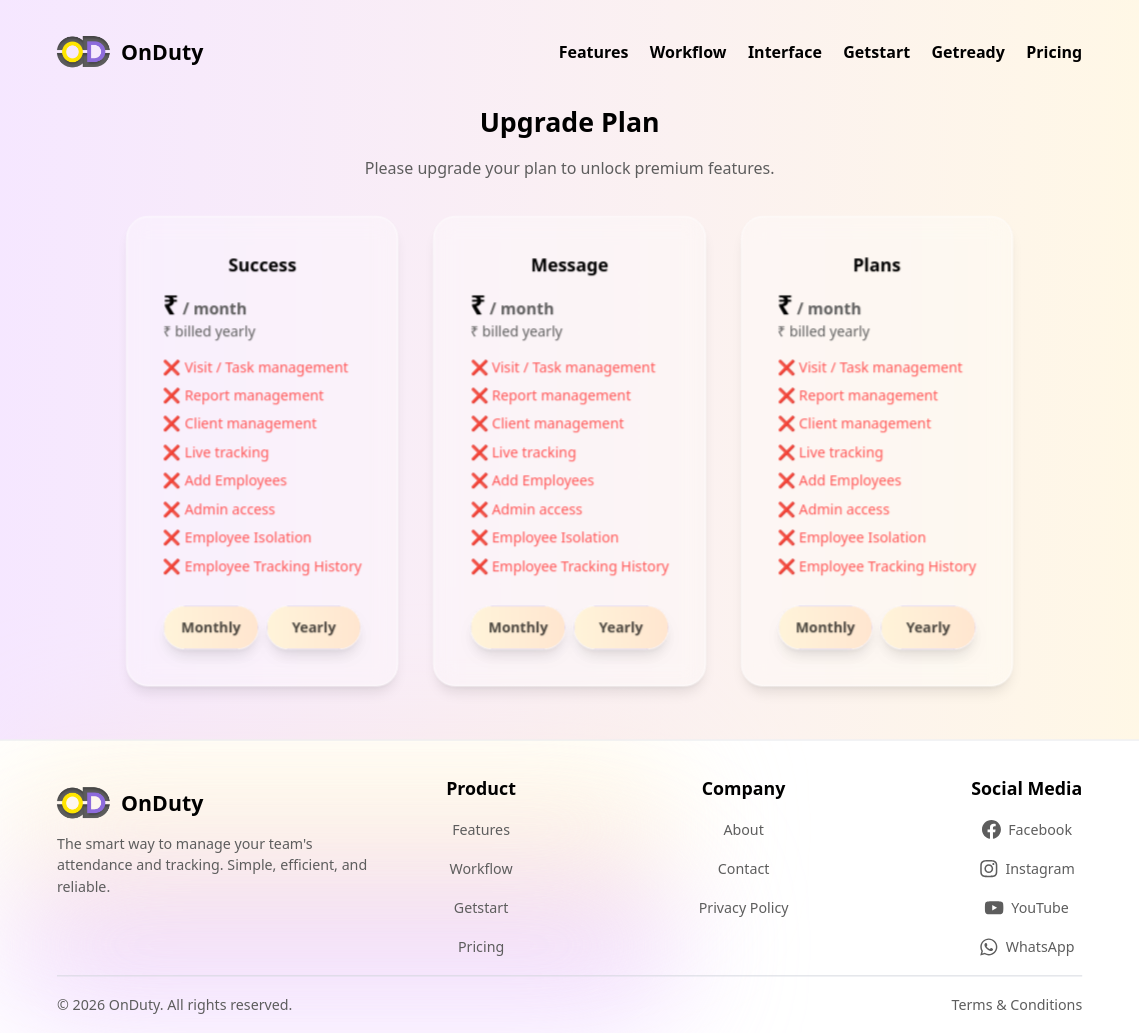
Repository: shekharzorin/ONDUTY-V1
Page: /pricing
These files come from the project's save history. The page is drawn as it stood at one moment and after the next save; the edit follows.
The browser window is 1280 px wide. The pictures show the whole page, at 89% of full size.
The page's requests for data from a server got no answer. The project was rebuilt for these pictures with package versions that can differ from the ones it lists, and the page was loaded fresh each time. The framework's server and built-in components were replaced by stand-ins that run in the browser. No one was signed in, and anything a server would have sent is missing. Also part of the build but not shown: next.config.mjs, vite.config.js, app/components/ui/Crossicon.tsx.

Above is the page before, as saved 2026-01-17 18:52:07.

### app/layout.tsx
import type { Metadata } from "next";
import { Geist, Geist_Mono } from "next/font/google";
import "./globals.css";
import Navbar from "./components/header/Navbar";

const geistSans = Geist({
  variable: "--font-geist-sans",
  subsets: ["latin"],
});

const geistMono = Geist_Mono({
  variable: "--font-geist-mono",
  subsets: ["latin"],
});

export const metadata: Metadata = {
  title: "Create Next App",
  description: "Generated by create next app",
};

export default function RootLayout({
  children,
}: Readonly<{
  children: React.ReactNode;
}>) {
  return (
    <html lang="en">
      <body
        className={`${geistSans.variable} ${geistMono.variable} antialiased`}
      >
        <Navbar />
        {children}
      </body>
    </html>
  );
}

### app/pricing/page.tsx
import Footer from "../components/footer/footer";
import Pricing from "../components/sections/pricing";

const page = () => {
  return (
    <div className="flex flex-col items-center justify-center">
      <Pricing />
      <Footer />
    </div>
  );
};

export default page;

### app/globals.css
@import "tailwindcss";

:root {
  --color-primary: #8d6bdc;
  --color-secondary: #e0d4ff;
  --color-bg: #efefef;
  --color-sidebar: #ffffff;
  --color-gray: #5d5d5d;
}

html {
  scroll-behavior: smooth;
}




.flip-card {
  perspective: 1000px;
}

.flip-card-inner {
  transform-style: preserve-3d;
}

.flip-card-front,
.flip-card-back {
  position: absolute;
  width:auto;
  height:auto;
  backface-visibility: hidden;
}

.flip-card-back {
  transform: rotateY(180deg);
}

### app/components/footer/footer.tsx
import Image from "next/image";
import Logo from "@/public/images/od_logo.png";
import Link from "next/link";
import { FaFacebook, FaInstagram, FaWhatsapp, FaYoutube } from "react-icons/fa";
import { ReactNode } from "react";

type FooterLink = {
  label: string;
  href: string;
  external?: boolean;
  icon?: ReactNode;
};

type FooterSection = {
  title: string;
  links: FooterLink[];
};

const footerLinks: FooterSection[] = [
  {
    title: "Product",
    links: [
      { label: "Features", href: "/#features" },
      { label: "Workflow", href: "/#workflow" },
      { label: "Getstart", href: "/#getstart" },
      { label: "Pricing", href: "/pricing/" },
    ],
  },
  {
    title: "Company",
    links: [
      { label: "About", href: "/about" },
      { label: "Contact", href: "/contact" },
      { label: "Privacy Policy", href: "/privacy&policy" },
    ],
  },
  {
    title: "Social Media",
    links: [
      {
        label: "Facebook",
        href: "https://www.facebook.com",
        external: true,
        icon: <FaFacebook size={22} />,
      },
      {
        label: "Instagram",
        href: "https://www.instagram.com",
        external: true,
        icon: <FaInstagram size={22} />,
      },
      {
        label: "YouTube",
        href: "https://www.youtube.com",
        external: true,
        icon: <FaYoutube size={22} />,
      },
      {
        label: "WhatsApp",
        href: "https://www.whatsapp.com",
        external: true,
        icon: <FaWhatsapp size={22} />,
      },
    ],
  },
];

const Footer = () => {
  return (
    <section
      id="footer"
      className="relative px-4 sm:px-6 md:px-8 lg:px-12 xl:px-16 2xl:px-24 max-w-384 w-full border-t border-gray-200"
    >
      {/* Background flare */}
      <div className="absolute top-0 left-1/2 -translate-x-1/2 w-full h-full max-w-7xl pointer-events-none -z-10">
        <div className="absolute bottom-0 w-[60%] h-[60%] bg-[#eccfff] rounded-full blur-3xl opacity-60 mix-blend-multiply filter" />
        <div className="absolute top-0 w-[60%] h-[60%] bg-[#fff4da] rounded-full blur-3xl opacity-60 mix-blend-multiply filter" />
      </div>

      <div className="flex flex-col pt-3 lg:pt-10 lg:flex-row lg:justify-between gap-5 lg:gap-20">
        <div className="flex flex-col gap-1 w-full lg:w-[50%]">
          <div className="flex gap-2 lg:gap-3 items-center">
            <Image
              src={Logo}
              alt="Onduty Logo"
              height={60}
              width={60}
              className="flex h-10 w-10 md:h-12 md:w-12 lg:h-15 lg:w-15"
            />
            <h1 className="text-2xl lg:text-2xl font-bold">OnDuty</h1>
          </div>
          <p className="text-(--color-gray)">
            The smart way to manage your team's attendance and tracking. Simple,
            efficient, and reliable.
          </p>
        </div>

        <div className="flex flex-wrap text-(--color-gray) justify-between w-full gap-5 lg:px-0 text-center">
          {footerLinks.map((section) => (
            <div key={section.title} className="flex flex-col gap-5">
              <p className="text-black text-lg lg:text-xl font-semibold">
                {section.title}
              </p>

              {section.links.map((link) => (
                <Link
                  key={link.label}
                  href={link.href}
                  target={link.external === true ? "_blank" : undefined}
                  rel={
                    link.external === true ? "noopener noreferrer" : undefined
                  }
                  className="hover:text-(--color-primary) transition"
                >
                  <p className="flex items-center gap-2 justify-center">
                    {link.icon}
                    {link.label}
                  </p>
                </Link>
              ))}
            </div>
          ))}
        </div>
      </div>

      <hr className="text-gray-300 mt-5" />
      <div className="text-(--color-gray) flex flex-col md:flex-row md:justify-between gap-5 my-5">
        <p>© 2026 OnDuty. All rights reserved.</p>
        <Link href="#">
          <p>Terms & Conditions</p>
        </Link>
      </div>
    </section>
  );
};

export default Footer;

### app/components/sections/pricing.tsx
"use client";

import { useEffect, useState } from "react";
import { getAllPlans } from "@/app/backend-api/api";
import { useRouter } from "next/navigation";
import Button from "@/app/components/ui/Button";
import { motion, Variants } from "framer-motion";
import PricingSkeleton from "@/app/components/ui/PricingSkeleton";

/* -------------------- CONSTANTS -------------------- */

const featureLabels: Record<string, string> = {
  visit: "Visit / Task management",
  report: "Report management",
  client: "Client management",
  liveLocation: "Live tracking",
  addEmployees: "Add Employees",
  adminViewAll: "Admin access",
  employeeIsolation: "Employee Isolation",
  employeeTrackingHistory: "Employee Tracking History",
};

const planPrices: Record<
  string,
  { monthly?: number; yearly?: number; label?: string }
> = {
  trial: { label: "Free" },
  silver: { monthly: 299, yearly: 2999 },
  gold: { monthly: 399, yearly: 3999 },
  diamond: { monthly: 499, yearly: 4999 },
};

/* -------------------- ANIMATION VARIANTS -------------------- */

const containerVariants: Variants = {
  hidden: {},
  show: {
    transition: {
      staggerChildren: 0.2,
    },
  },
};

const cardVariants: Variants = {
  hidden: {
    opacity: 0,
    y: 40,
    scale: 0.95,
  },
  show: {
    opacity: 1,
    y: 0,
    scale: 1,
    transition: {
      duration: 0.5,
      ease: [0.25, 0.46, 0.45, 0.94],
    },
  },
};

/* -------------------- COMPONENT -------------------- */

const Pricing = () => {
  const [plans, setPlans] = useState<Record<string, any>>({});
  const [loading, setLoading] = useState(true);
  const [buttonLoading, setButtonLoading] = useState<string | null>(null);
  const router = useRouter();

  /* -------------------- FETCH PLANS -------------------- */
  useEffect(() => {
    const fetchPlans = async () => {
      try {
        const data = await getAllPlans();
        setPlans(data);
        console.log("Fetched plans:", data);
      } catch (err) {
        console.error("Error fetching plans:", err);
      } finally {
        setLoading(false);
      }
    };

    fetchPlans();
  }, []);

  /* -------------------- HANDLERS -------------------- */

  const handleUpgrade = async (planName: string, type?: string) => {
    setButtonLoading(planName + (type ? `-${type}` : ""));
    try {
      alert("✅ Success! Please login again.");
      // router.push("/authentication/login");
    } catch (err: any) {
      alert("❌ Error: " + (err.message || "Failed to upgrade"));
    } finally {
      setButtonLoading(null);
    }
  };

  /* -------------------- RENDER -------------------- */

  return (
    <section className="flex flex-col w-full px-4 sm:px-6 md:px-8 lg:px-12 xl:px-16 2xl:px-24 max-w-384 mx-auto bg-linear-to-r from-[#eccfff]/50 to-[#fff0cd]/50 min-h-screen">
      {/* Header */}
      <div className="flex flex-col gap-10 mb-15">
        <div className="flex flex-col items-center justify-center mt-30 text-center gap-5">
          <p className="text-2xl lg:text-3xl font-bold leading-[1.15]">
            Upgrade Plan
          </p>
          <p className="md:text-lg text-(--color-gray)">
            Please upgrade your plan to unlock premium features.
          </p>
        </div>

        {/* Loading state */}
        {loading && <PricingSkeleton />}

        {/* Cards */}
        {!loading && Object.keys(plans).length > 0 && (
          <motion.div
            key={Object.keys(plans).length} // 🔑 forces animation after data load
            variants={containerVariants}
            initial="hidden"
            animate="show"
            className="flex items-center justify-center gap-5 md:gap-10 flex-wrap"
          >
            {Object.entries(plans).map(([planName, features]) => {
              const price = planPrices[planName];

              return (
                <motion.div
                  key={planName}
                  variants={cardVariants}
                  className="flex flex-col backdrop-blur-md border border-white bg-white/30 shadow-lg rounded-3xl w-full md:w-fit gap-3 p-10 hover:shadow-[#8d8d8d] hover:scale-110 transition duration-300"
                >
                  {/* Plan name */}
                  <p className="text-center font-bold text-xl">
                    {planName.charAt(0).toUpperCase() + planName.slice(1)}
                  </p>

                  {/* Price */}
                  <div className="flex flex-col">
                    {planName === "trial" ? (
                      <>
                        <p className="text-3xl font-bold text-green-600">
                          Free
                          <span className="text-lg text-(--color-gray)">
                            {" "}
                            / 7 days
                          </span>
                        </p>
                        <p className="text-(--color-gray)">₹0 upto 7 days</p>
                      </>
                    ) : (
                      <>
                        <p className="text-3xl font-bold">
                          ₹{price?.monthly}
                          <span className="text-lg text-(--color-gray)">
                            {" "}
                            / month
                          </span>
                        </p>
                        <p className="text-(--color-gray)">
                          ₹{price?.yearly} billed yearly
                        </p>
                      </>
                    )}
                  </div>

                  {/* Features */}
                  <ul className="mb-4">
                    {Object.entries(featureLabels).map(([key, label]) => (
                      <li
                        key={`${planName}-${key}`}
                        className="font-medium"
                        style={{
                          lineHeight: "2em",
                          color: features[key] ? "#000" : "#f55",
                        }}
                      >
                        {features[key] ? "✅" : "❌"} {label}
                      </li>
                    ))}
                  </ul>

                  {/* Buttons */}
                  <div className="flex gap-2 justify-center">
                    {planName !== "trial" ? (
                      <>
                        <Button
                          title={
                            buttonLoading === planName + "-monthly"
                              ? "Upgrading..."
                              : "Monthly"
                          }
                          onClick={() => handleUpgrade(planName, "monthly")}
                          disabled={buttonLoading !== null}
                          className="
                            border border-white p-3 w-full rounded-full
                            bg-linear-to-r from-[#fff4da] to-[#ffe6d0]
                            hover:animate-pulse text-black/70"
                        />
                        <Button
                          title={
                            buttonLoading === planName + "-yearly"
                              ? "Upgrading..."
                              : "Yearly"
                          }
                          onClick={() => handleUpgrade(planName, "yearly")}
                          disabled={buttonLoading !== null}
                          className="
                            border border-white p-3 w-full rounded-full
                            bg-linear-to-r from-[#fff4da] to-[#ffe6d0]
                            hover:animate-pulse text-black/70"
                        />
                      </>
                    ) : (
                      <Button
                        title={
                          buttonLoading === planName + "-trial"
                            ? "Activating..."
                            : "Get Access"
                        }
                        onClick={() => handleUpgrade("trial")}
                        disabled={buttonLoading !== null}
                        className="
                          border border-white p-3 w-full rounded-full
                          bg-linear-to-r from-[#ffc1e4] to-[#e7c2ff]
                          hover:animate-pulse text-black/70"
                      />
                    )}
                  </div>
                </motion.div>
              );
            })}
          </motion.div>
        )}
      </div>
    </section>
  );
};

export default Pricing;

### app/backend-api/api.tsx
import axios from "axios";

const api = axios.create({
  baseURL: process.env.NEXT_PUBLIC_API_URL,
  withCredentials: true,
  headers: {
    "Content-Type": "application/json",
  },
});

export const getAllPlans = async () => {
  try {
    const res = await api.get("/plan");
    return res.data?.plans || [];
  } catch (error: any) {
    console.error(
      "❌ Fetch plans error:",
      error.response?.data || error.message
    );
    return {
      success: false,
      message: error.response?.data?.message || "Failed to fetch plans",
      plans: [],
    };
  }
};

export default api;

### app/components/ui/Button.tsx
import { ReactNode } from "react";

interface ButtonProps {
  title: string;
  onClick: () => void;
  type?: "button" | "submit";
  disabled?: boolean;

  /* 🔹 Optional Icon */
  icon?: ReactNode;
  iconPosition?: "left" | "right";

  /* 🔹 External Styles */
  className?: string;
}

const Button = ({
  title,
  onClick,
  type = "button",
  disabled = false,
  icon,
  iconPosition = "left",
  className = "",
}: ButtonProps) => {
  return (
    <button
      type={type}
      onClick={!disabled ? onClick : undefined}
      disabled={disabled}
      className={`
        group
        font-bold shadow-lg
        transition-all transform
        flex items-center justify-center gap-2
        duration-300
        ${
          disabled
            ? "bg-(--color-gray) text-(--color-sidebar) cursor-not-allowed opacity-70 transition-all duration-300"
            : "bg-(--color-primary) text-(--color-sidebar) hover:bg-(--color-secondary) hover:scale-105 hover:text-black cursor-pointer transition-all duration-300"
        }

        ${className}
      `}
    >
      {/* ICON LEFT */}
      {icon && iconPosition === "left" && (
        <span className="button-icon flex items-center">{icon}</span>
      )}

      <span>{title}</span>

      {/* ICON RIGHT */}
      {icon && iconPosition === "right" && (
        <span className="button-icon flex items-center">{icon}</span>
      )}
    </button>
  );
};

export default Button;

### app/components/ui/PricingSkeleton.tsx
const PricingSkeleton = () => {
  return (
    <div className="flex items-center justify-center gap-5 md:gap-10 flex-wrap">
      {[1, 2, 3, 4].map((i) => (
        <div
          key={i}
          className="w-full md:w-75 rounded-3xl bg-white/30 backdrop-blur-md border border-white p-10 shadow-lg animate-pulse"
        >
          <div className="h-6 w-1/2 bg-gray-300/60 rounded mb-6 mx-auto" />

          <div className="h-10 w-3/4 bg-gray-300/60 rounded mb-4" />
          <div className="h-4 w-1/2 bg-gray-300/50 rounded mb-8" />

          <div className="space-y-3 mb-6">
            {[1, 2, 3, 4].map((f) => (
              <div key={f} className="h-4 bg-gray-300/50 rounded" />
            ))}
          </div>

          <div className="flex gap-3">
            <div className="h-10 w-full bg-gray-300/60 rounded-full" />
            <div className="h-10 w-full bg-gray-300/60 rounded-full" />
          </div>
        </div>
      ))}
    </div>
  );
};

export default PricingSkeleton;

Loaded but not shown: app/components/header/Navbar.tsx (265 lines, source omitted)

After the next save:
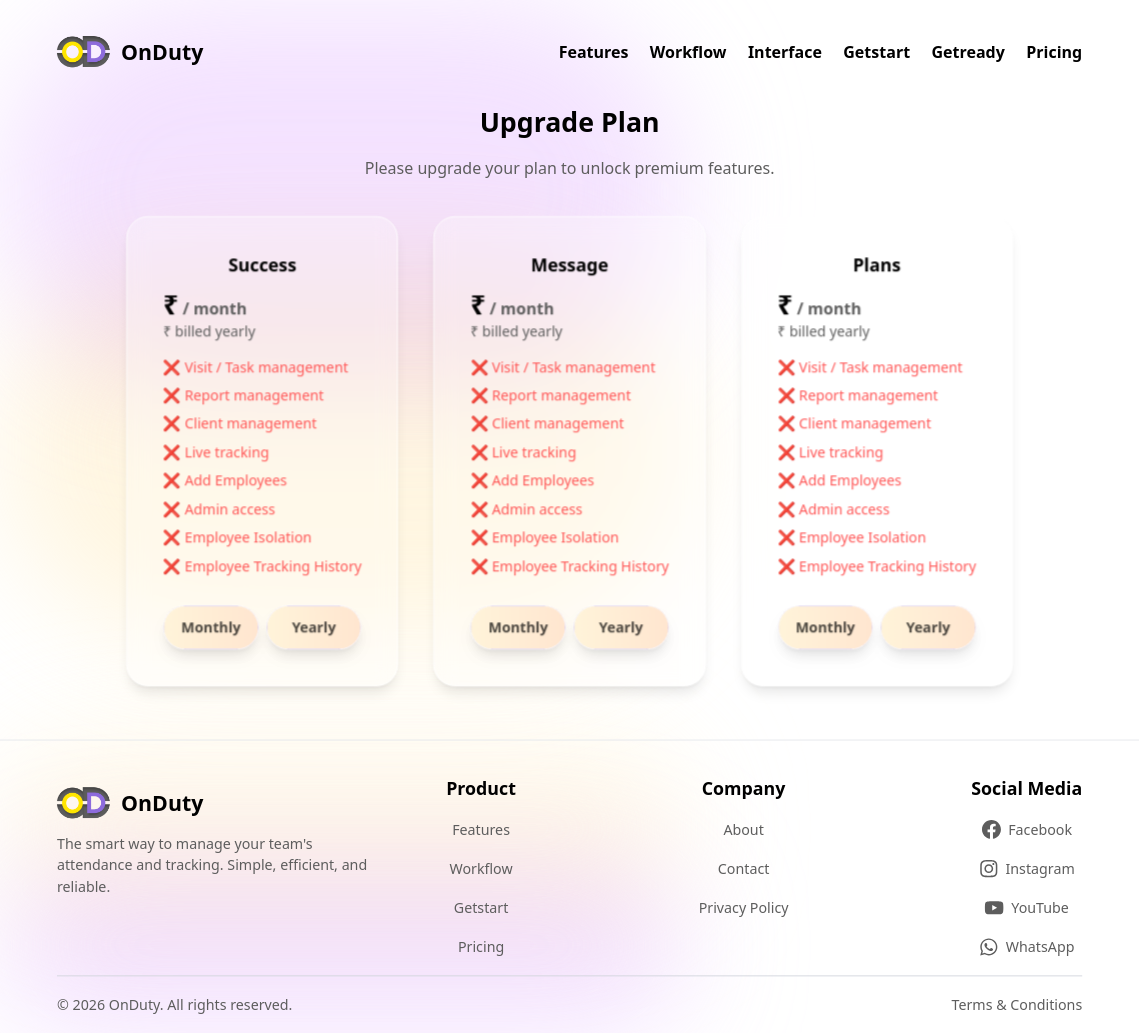
Saved 54 s later.
--- a/app/components/sections/pricing.tsx
+++ b/app/components/sections/pricing.tsx
@@ -100,7 +100,13 @@
   /* -------------------- RENDER -------------------- */
 
   return (
-    <section className="flex flex-col w-full px-4 sm:px-6 md:px-8 lg:px-12 xl:px-16 2xl:px-24 max-w-384 mx-auto bg-linear-to-r from-[#eccfff]/50 to-[#fff0cd]/50 min-h-screen">
+    <section className="flex flex-col w-full px-4 sm:px-6 md:px-8 lg:px-12 xl:px-16 2xl:px-24 max-w-384 mx-auto">
+      {/* Background flare */}
+      <div className="absolute top-0 left-1/2 -translate-x-1/2 w-full h-full max-w-7xl pointer-events-none -z-10">
+        <div className="absolute top-0 w-[60%] h-[60%] bg-[#eccfff] rounded-full blur-3xl opacity-60 mix-blend-multiply filter" />
+        <div className="absolute bottom-0 w-[60%] h-[60%] bg-[#fff0cd] rounded-full blur-3xl opacity-60 mix-blend-multiply filter" />
+      </div>
+
       {/* Header */}
       <div className="flex flex-col gap-10 mb-15">
         <div className="flex flex-col items-center justify-center mt-30 text-center gap-5">

After the save that followed:
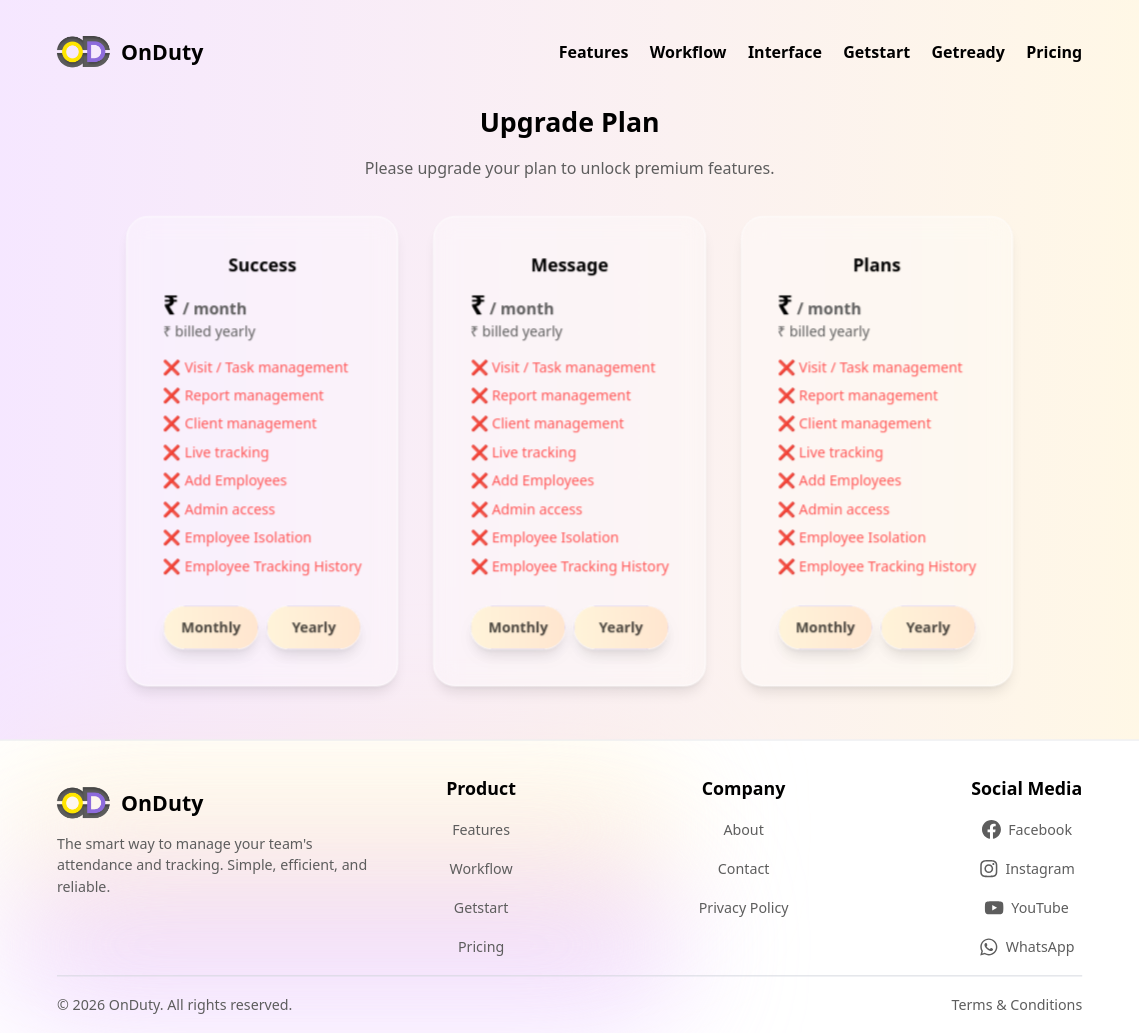
Saved 2 min 13 s later.
--- a/app/components/sections/pricing.tsx
+++ b/app/components/sections/pricing.tsx
@@ -100,13 +100,7 @@
   /* -------------------- RENDER -------------------- */
 
   return (
-    <section className="flex flex-col w-full px-4 sm:px-6 md:px-8 lg:px-12 xl:px-16 2xl:px-24 max-w-384 mx-auto">
-      {/* Background flare */}
-      <div className="absolute top-0 left-1/2 -translate-x-1/2 w-full h-full max-w-7xl pointer-events-none -z-10">
-        <div className="absolute top-0 w-[60%] h-[60%] bg-[#eccfff] rounded-full blur-3xl opacity-60 mix-blend-multiply filter" />
-        <div className="absolute bottom-0 w-[60%] h-[60%] bg-[#fff0cd] rounded-full blur-3xl opacity-60 mix-blend-multiply filter" />
-      </div>
-
+    <section className="flex flex-col w-full px-4 sm:px-6 md:px-8 lg:px-12 xl:px-16 2xl:px-24 max-w-384 mx-auto bg-linear-to-r from-[#eccfff]/50 to-[#fff0cd]/50 min-h-screen">
       {/* Header */}
       <div className="flex flex-col gap-10 mb-15">
         <div className="flex flex-col items-center justify-center mt-30 text-center gap-5">
